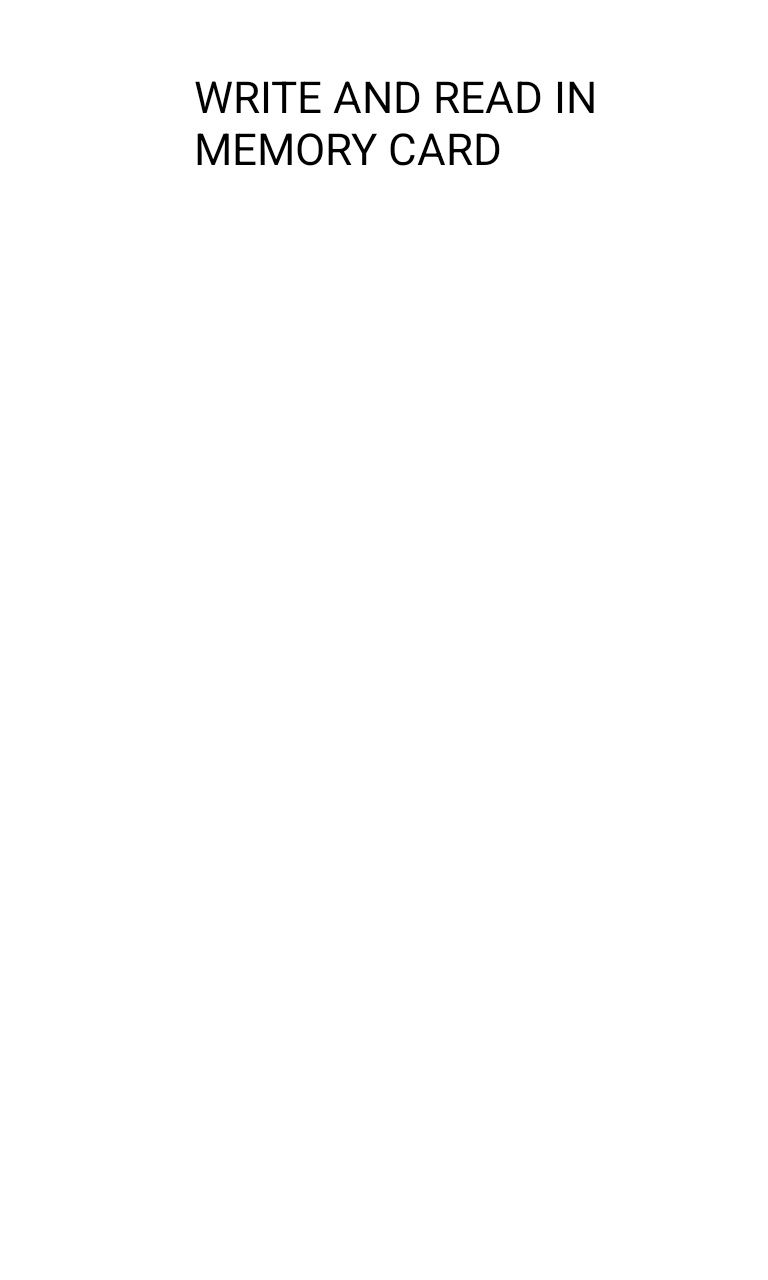
Repository: amittttt/Android-HP
Layout: ReadandWrite/res/layout/activity_main.xml
An editor plug-in stored every save of this project. The layout is shown before and after the next save, followed by the edit.
It is drawn on a 768 x 1280 px phone screen (xhdpi) without system bars, with theme AppTheme; the app's code is not run.

Above is the layout before, as saved 2016-05-11 04:08:15.

### ReadandWrite/res/layout/activity_main.xml
<RelativeLayout xmlns:android="http://schemas.android.com/apk/res/android"
    xmlns:tools="http://schemas.android.com/tools"
    android:layout_width="match_parent"
    android:layout_height="match_parent"
    android:paddingBottom="@dimen/activity_vertical_margin"
    android:paddingLeft="@dimen/activity_horizontal_margin"
    android:paddingRight="@dimen/activity_horizontal_margin"
    android:paddingTop="@dimen/activity_vertical_margin"
    tools:context=".MainActivity" >

    <TextView
        android:id="@+id/textView1"
        android:layout_width="wrap_content"
        android:layout_height="wrap_content"
        android:layout_alignParentLeft="true"
        android:layout_alignParentTop="true"
        android:layout_marginLeft="81dp"
        android:layout_marginTop="17dp"
        android:text="WRITE AND READ IN MEMORY CARD"
        android:textAppearance="?android:attr/textAppearanceLarge" />

</RelativeLayout>

Loaded but not shown: ReadandWrite/res/values/styles.xml (common file); ReadandWrite/res/values-v11/styles.xml (common file); ReadandWrite/res/values-v14/styles.xml (common file); ReadandWrite/res/values/dimens.xml (common file)

After the next save:
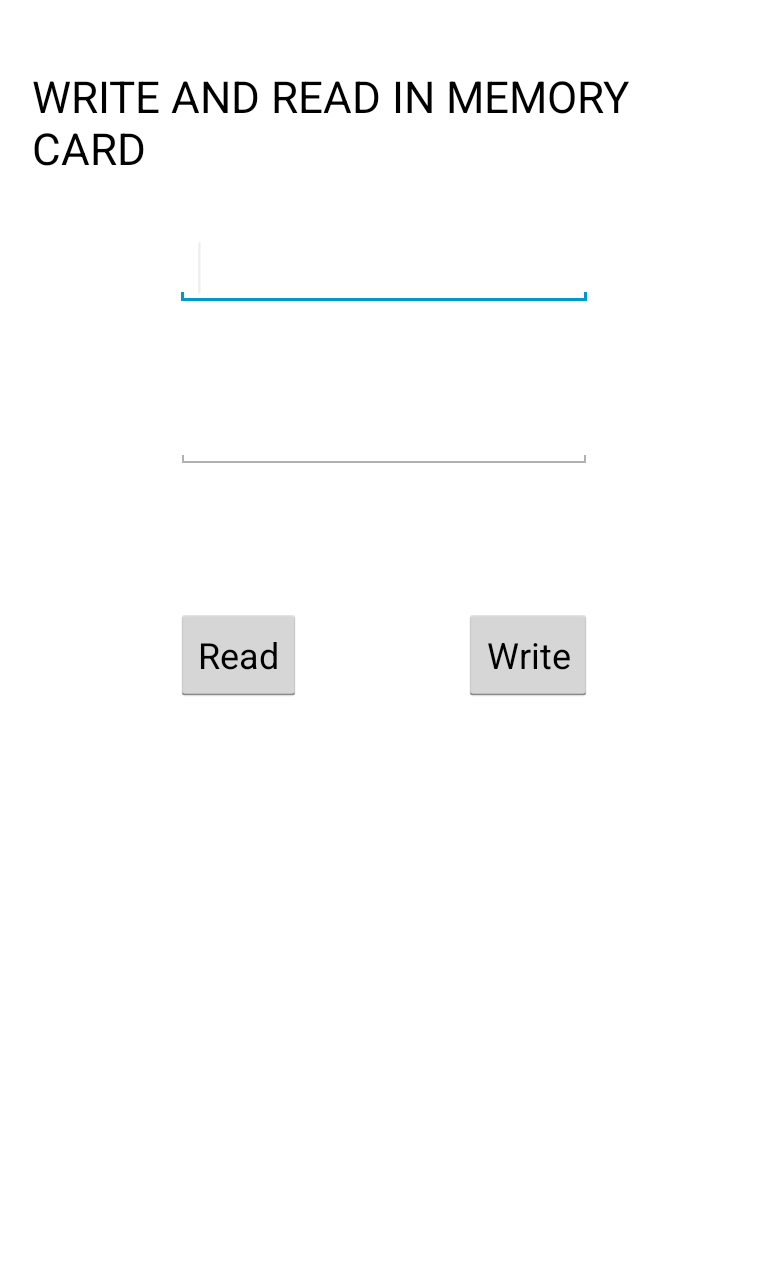
Saved 93 s later.
--- a/ReadandWrite/res/layout/activity_main.xml
+++ b/ReadandWrite/res/layout/activity_main.xml
@@ -14,9 +14,47 @@
         android:layout_height="wrap_content"
         android:layout_alignParentLeft="true"
         android:layout_alignParentTop="true"
-        android:layout_marginLeft="81dp"
         android:layout_marginTop="17dp"
         android:text="WRITE AND READ IN MEMORY CARD"
         android:textAppearance="?android:attr/textAppearanceLarge" />
 
+    <EditText
+        android:id="@+id/editText1"
+        android:layout_width="wrap_content"
+        android:layout_height="wrap_content"
+        android:layout_below="@+id/textView1"
+        android:layout_centerHorizontal="true"
+        android:layout_marginTop="26dp"
+        android:ems="10" >
+
+        <requestFocus />
+    </EditText>
+
+    <EditText
+        android:id="@+id/editText2"
+        android:layout_width="wrap_content"
+        android:layout_height="wrap_content"
+        android:layout_below="@+id/editText1"
+        android:layout_centerHorizontal="true"
+        android:layout_marginTop="42dp"
+        android:ems="10" />
+
+    <Button
+        android:id="@+id/button1"
+        android:layout_width="wrap_content"
+        android:layout_height="wrap_content"
+        android:layout_alignLeft="@+id/editText2"
+        android:layout_below="@+id/editText2"
+        android:layout_marginTop="68dp"
+        android:text="Read" />
+
+    <Button
+        android:id="@+id/button2"
+        android:layout_width="wrap_content"
+        android:layout_height="wrap_content"
+        android:layout_alignBaseline="@+id/button1"
+        android:layout_alignBottom="@+id/button1"
+        android:layout_alignRight="@+id/editText2"
+        android:text="Write" />
+
 </RelativeLayout>
